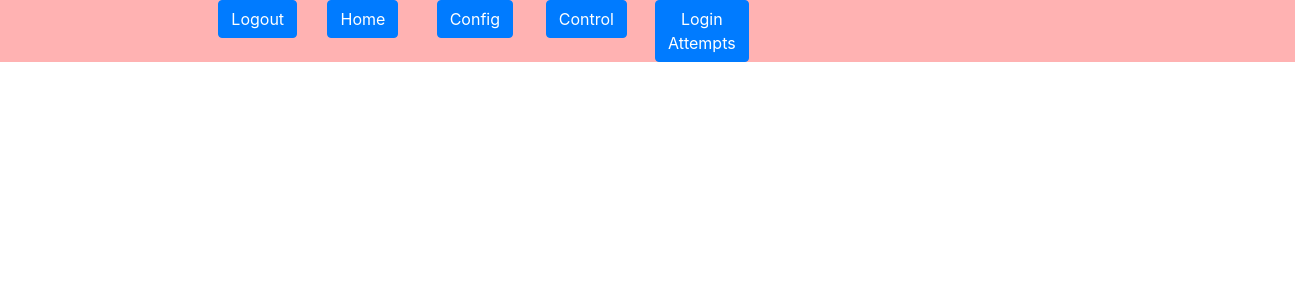
Repository: duicul/flaskRaspberryApp
Page: flask_pydev/templates/loginattempt.html
The author's editor kept a copy of each file at every save. The page is drawn from the files as they stood at one save, then again after the next save.
The browser window is 1280 px wide. The page is 1295 px wide, so the pictures cover 1295 px, including what lies to the right of the window. The pictures show the whole page.
The page's requests for data from a server got no answer.

Above is the page before, as saved 2021-06-24 13:06:52.

After the next save:
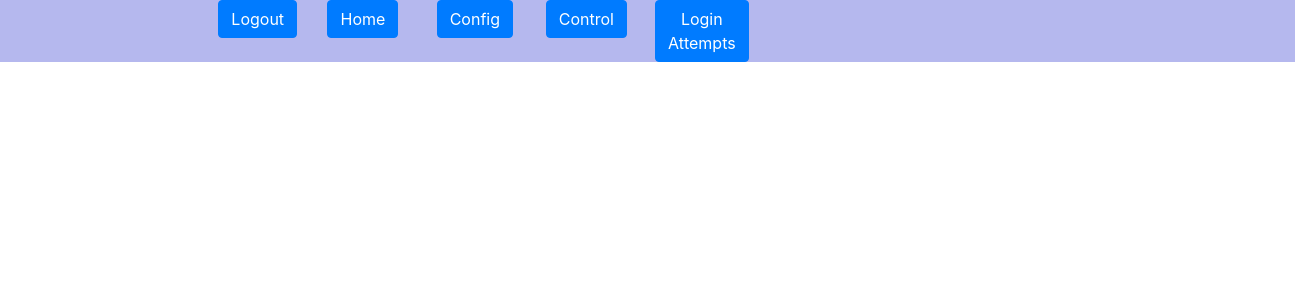
Saved 17 s later.
--- a/flask_pydev/static/css/home_measure.css
+++ b/flask_pydev/static/css/home_measure.css
@@ -1,3 +1,3 @@
 div.banner{
-    background-color:rgba(255,0,0,0.3);
+    background-color:rgba(10,20,200,0.3);
 }
